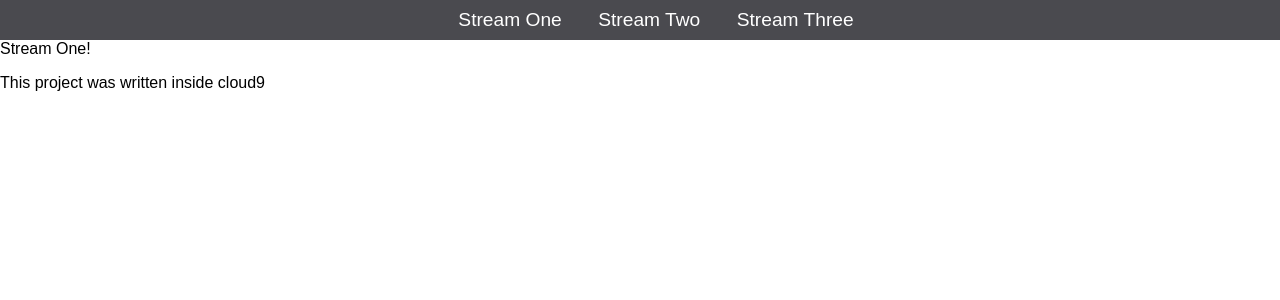
Repository: joenapper/my-first-website
Page: stream-one.html
The author's editor kept a record of every edit. The page is drawn from the files as they stood at one moment, then again after the next edit.
The browser window is 1280 px wide. The pictures show the whole page.

Above is the page before.

### stream-one.html
<html>
    <head>
        <title>Hello</title>
        <link rel="stylesheet" href="css/style.css" type="text/css" />
    </head>
    <body>
        <nav>
            <ul>
                <li><a href="stream-one.html">Stream One</a></li>
                <li><a href="stream-two.html">Stream Two</a></li>
                <li><a href="stream-three.html">Stream Three</a></li>
            </ul>
        </nav>
        <hl>Stream One!</hl>
        <p>This project was written inside cloud9</p>
    </body>
</html>

### css/style.css
body{
    margin:0;
    padding:0;
    font-family:'oswald',sans-serif;
}
nav ul{
    list-style:none;
    background-color: #4a4a4f;
    text-align: center;
    margin: 0;
    padding: 0;
}
nav li{
    font-size: 1.2em;
    line-height: 40px;
    height: 40px;
    display: inline-block;
    margin-left: 2.5%
}
nav a{
    text-decoration: none;
    color: #ffffff;
    display: block
}

After the next edit:
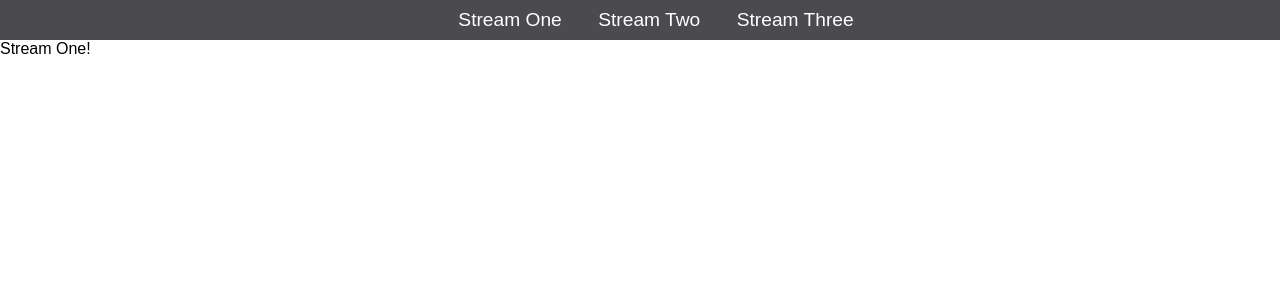
The edit:
--- a/stream-one.html
+++ b/stream-one.html
@@ -12,6 +12,12 @@
             </ul>
         </nav>
         <hl>Stream One!</hl>
-        <p>This project was written inside cloud9</p>
+        <div class="card">
+            <a href=""
+            <img src=""></img>
+            <h2>
+
+            </h2>
+        </div>
     </body>
 </html>
